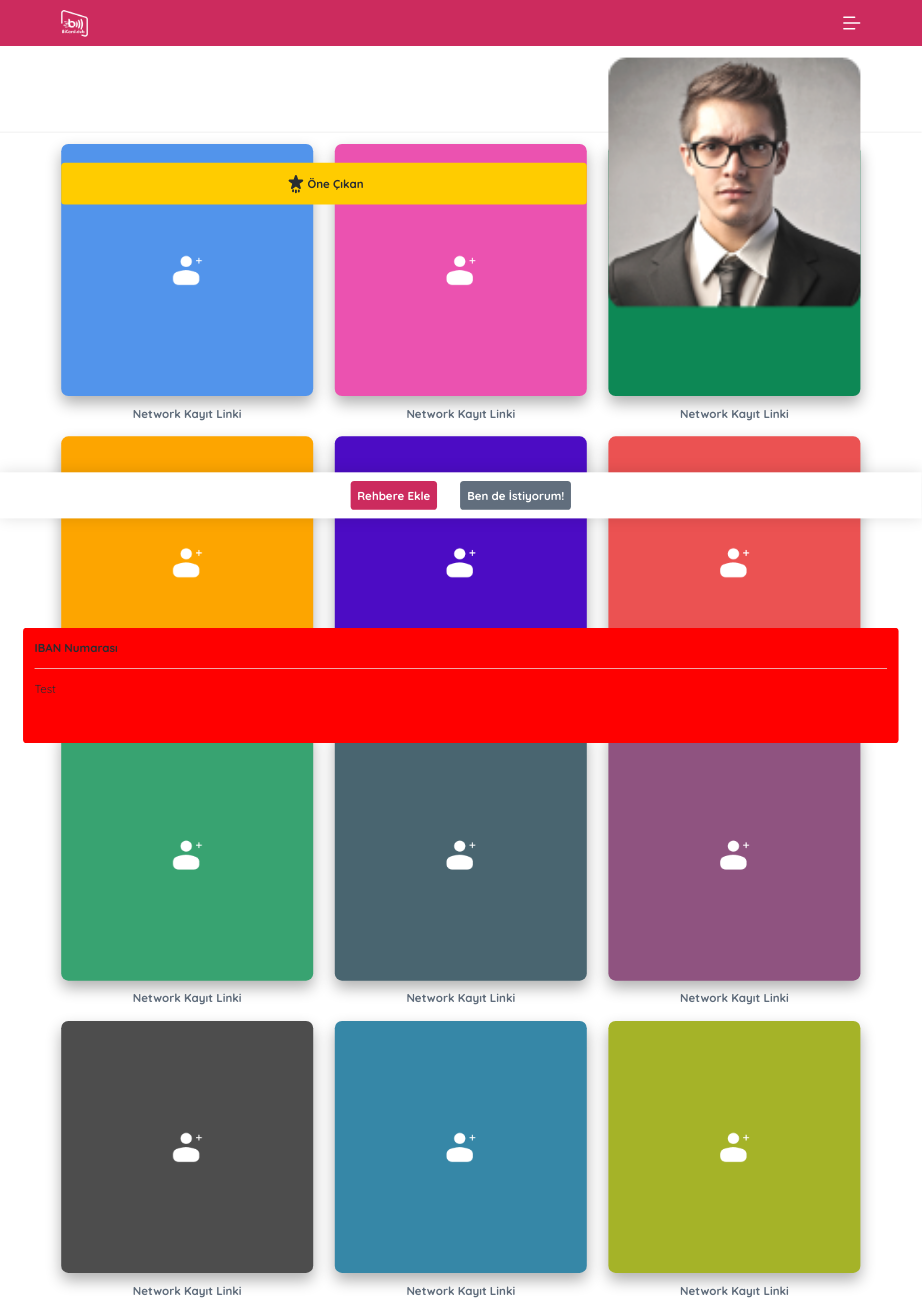
Repository: KayahanKahriman/bicard
Page: form.html
The author's editor kept a copy of each file at every save. The page is drawn from the files as they stood at one save, then again after the next save.
The browser window is 1280 px wide. The pictures show the whole page, at 72% of full size.
The style sheet was rebuilt from its Sass, Less or Tailwind sources for each picture, by a compiler version that may differ from the author's.

Above is the page before, as saved 2021-12-02 11:03:16.

### form.html
<!doctype html>
<html>

<head>
    <meta name="viewport" content="width=device-width, initial-scale=1, maximum-scale=1, user-scalable=no">
    <meta charset="utf-8" />
    <title>Title</title>
    <link rel="preconnect" href="https://fonts.googleapis.com">
    <link rel="preconnect" href="https://fonts.gstatic.com" crossorigin>
    <link href="https://fonts.googleapis.com/css2?family=Quicksand:wght@400;500;700&display=swap" rel="stylesheet">
    <link href="./assets/css/style.css" type="text/css" rel="stylesheet" />
</head>

<body>
    <header id="app-bar">
        <div class="container h-100">
            <div class="row h-100 align-items-center justify-content-between">
                <div class="col-1">
                    <img src="./assets/images/logo.png" alt="">
                </div>
                <div class="col-11 d-flex justify-content-end">
                    <div id="app-bar-right">
                        <div id="toggle-nav">
                            <span></span>
                            <span></span>
                            <span></span>
                        </div>
                    </div>
                </div>
            </div>
        </div>
    </header>

    <section id="profile" class="py-3">
        <div class="container">
            <div class="row align-items-center justify-content-center text-center">
                <div class="col-8">
                    <a href="#" class="button jumbo-button button-has-icon"><img src="./assets/images/ranking.svg" alt="">Öne Çıkan</a>
                </div>
                <div class="col-4">
                    <img class="img-contain" src="./assets/images/avatar.png" alt="">
                </div>
            </div>
        </div>
    </section>

    <section id="icon-grid" class="py-3">
        <div class="container">
            <div class="row">
                <div class="col-4 mb-4">
                    <div class="icon-grid-item">
                        <div class="icon-grid-item-icon" style="background-color: #5294eb;">
                            <a data-fancybox href="#test">
                                <img src="./assets/images/user-add.png" alt="">
                            </a>
                        </div>
                        <div class="icon-grid-item-title">
                            Network Kayıt Linki
                        </div>
                    </div>
                </div>
                <div class="col-4 mb-4">
                    <div class="icon-grid-item">
                        <div class="icon-grid-item-icon" style="background-color: #eb52b0;">
                            <a href="#">
                                <img src="./assets/images/user-add.png" alt="">
                            </a>
                        </div>
                        <div class="icon-grid-item-title">
                            Network Kayıt Linki
                        </div>
                    </div>
                </div>
                <div class="col-4 mb-4">
                    <div class="icon-grid-item">
                        <div class="icon-grid-item-icon" style="background-color: #0d8855;">
                            <a href="#">
                                <img src="./assets/images/user-add.png" alt="">
                            </a>
                        </div>
                        <div class="icon-grid-item-title">
                            Network Kayıt Linki
                        </div>
                    </div>
                </div>
                <div class="col-4 mb-4">
                    <div class="icon-grid-item">
                        <div class="icon-grid-item-icon" style="background-color: #fda500;">
                            <a href="#">
                                <img src="./assets/images/user-add.png" alt="">
                            </a>
                        </div>
                        <div class="icon-grid-item-title">
                            Network Kayıt Linki
                        </div>
                    </div>
                </div>
                <div class="col-4 mb-4">
                    <div class="icon-grid-item">
                        <div class="icon-grid-item-icon" style="background-color: #4c0cc4;">
                            <a href="#">
                                <img src="./assets/images/user-add.png" alt="">
                            </a>
                        </div>
                        <div class="icon-grid-item-title">
                            Network Kayıt Linki
                        </div>
                    </div>
                </div>
                <div class="col-4 mb-4">
                    <div class="icon-grid-item">
                        <div class="icon-grid-item-icon" style="background-color: #eb5252;">
                            <a href="#">
                                <img src="./assets/images/user-add.png" alt="">
                            </a>
                        </div>
                        <div class="icon-grid-item-title">
                            Network Kayıt Linki
                        </div>
                    </div>
                </div>
                <div class="col-4 mb-4">
                    <div class="icon-grid-item">
                        <div class="icon-grid-item-icon" style="background-color: #38a371;">
                            <a href="#">
                                <img src="./assets/images/user-add.png" alt="">
                            </a>
                        </div>
                        <div class="icon-grid-item-title">
                            Network Kayıt Linki
                        </div>
                    </div>
                </div>
                <div class="col-4 mb-4">
                    <div class="icon-grid-item">
                        <div class="icon-grid-item-icon" style="background-color: #496570;">
                            <a href="#">
                                <img src="./assets/images/user-add.png" alt="">
                            </a>
                        </div>
                        <div class="icon-grid-item-title">
                            Network Kayıt Linki
                        </div>
                    </div>
                </div>
                <div class="col-4 mb-4">
                    <div class="icon-grid-item">
                        <div class="icon-grid-item-icon" style="background-color: #8f5380;">
                            <a href="#">
                                <img src="./assets/images/user-add.png" alt="">
                            </a>
                        </div>
                        <div class="icon-grid-item-title">
                            Network Kayıt Linki
                        </div>
                    </div>
                </div>
                <div class="col-4 mb-4">
                    <div class="icon-grid-item">
                        <div class="icon-grid-item-icon" style="background-color: #4d4d4d;">
                            <a href="#">
                                <img src="./assets/images/user-add.png" alt="">
                            </a>
                        </div>
                        <div class="icon-grid-item-title">
                            Network Kayıt Linki
                        </div>
                    </div>
                </div>
                <div class="col-4 mb-4">
                    <div class="icon-grid-item">
                        <div class="icon-grid-item-icon" style="background-color: #3687a7;">
                            <a href="#">
                                <img src="./assets/images/user-add.png" alt="">
                            </a>
                        </div>
                        <div class="icon-grid-item-title">
                            Network Kayıt Linki
                        </div>
                    </div>
                </div>
                <div class="col-4 mb-4">
                    <div class="icon-grid-item">
                        <div class="icon-grid-item-icon" style="background-color: #a5b328;">
                            <a href="#">
                                <img src="./assets/images/user-add.png" alt="">
                            </a>
                        </div>
                        <div class="icon-grid-item-title">
                            Network Kayıt Linki
                        </div>
                    </div>
                </div>
            </div>
        </div>
    </section>

    <section id="fixed-buttons">
        <a class="button primary-button" href="#">Rehbere Ekle</a>
        <a class="button dark-button" href="#">Ben de İstiyorum!</a>
    </section>

    <section id="inline-content" class="hide-content">
        <div id="modal-title">
            <strong>IBAN Numarası</strong>
        </div>
        <div id="modal-content">
            Test
        </div>
    </section>

    <script src="https://unpkg.com/swiper/swiper-bundle.min.js"></script>
    <script type="text/javascript" src="assets/js/index.js"></script>
</body>

</html>

### assets/scss/flex-grid/_flexgrid.scss
@import "functions";
@import "variables";
@import "mixins";
@import "reboot";
@import "utilities";
@import "grid";

### assets/scss/flex-grid/_mixins.scss
// Toggles
//
// Used in conjunction with global variables to enable certain theme features.

// Vendor
@import "vendor/rfs";


// Utilities
@import "mixins/breakpoints";
@import "mixins/image";
@import "mixins/hover";
@import "mixins/deprecate";
@import "mixins/text-hide";
@import "mixins/text-truncate";
@import "mixins/text-emphasis";
@import "mixins/size";


// // Layout
@import "mixins/clearfix";
@import "mixins/grid-framework";
@import "mixins/grid";
@import "mixins/float";

### assets/scss/flex-grid/mixins/_image.scss
// Image Mixins
// - Responsive image
// - Retina image


// Responsive image
//
// Keep images from scaling beyond the width of their parents.

@mixin img-fluid {
  // Part 1: Set a maximum relative to the parent
  max-width: 100%;
  // Part 2: Override the height to auto, otherwise images will be stretched
  // when setting a width and height attribute on the img element.
  height: auto;
}


// Retina image
//
// Short retina mixin for setting background-image and -size.

@mixin img-retina($file-1x, $file-2x, $width-1x, $height-1x) {
  background-image: url($file-1x);

  // Autoprefixer takes care of adding -webkit-min-device-pixel-ratio and -o-min-device-pixel-ratio,
  // but doesn't convert dppx=>dpi.
  // There's no such thing as unprefixed min-device-pixel-ratio since it's nonstandard.
  // Compatibility info: https://caniuse.com/#feat=css-media-resolution
  @media only screen and (min-resolution: 192dpi), // IE9-11 don't support dppx
    only screen and (min-resolution: 2dppx) { // Standardized
    background-image: url($file-2x);
    background-size: $width-1x $height-1x;
  }
  @include deprecate("`img-retina()`", "v4.3.0", "v5");
}

### assets/scss/flex-grid/mixins/_hover.scss
// Hover mixin and `$enable-hover-media-query` are deprecated.
//
// Originally added during our alphas and maintained during betas, this mixin was
// designed to prevent `:hover` stickiness on iOS-an issue where hover styles
// would persist after initial touch.
//
// For backward compatibility, we've kept these mixins and updated them to
// always return their regular pseudo-classes instead of a shimmed media query.
//
// Issue: https://github.com/twbs/bootstrap/issues/25195

@mixin hover {
  &:hover { @content; }
}

@mixin hover-focus {
  &:hover,
  &:focus {
    @content;
  }
}

@mixin plain-hover-focus {
  &,
  &:hover,
  &:focus {
    @content;
  }
}

@mixin hover-focus-active {
  &:hover,
  &:focus,
  &:active {
    @content;
  }
}

### assets/scss/flex-grid/mixins/_grid-framework.scss
// Framework grid generation
//
// Used only by Bootstrap to generate the correct number of grid classes given
// any value of `$grid-columns`.

@mixin make-grid-columns($columns: $grid-columns, $gutter: $grid-gutter-width, $breakpoints: $grid-breakpoints) {
  // Common properties for all breakpoints
  %grid-column {
    position: relative;
    width: 100%;
    padding-right: $gutter / 2;
    padding-left: $gutter / 2;
  }

  @each $breakpoint in map-keys($breakpoints) {
    $infix: breakpoint-infix($breakpoint, $breakpoints);

    // Allow columns to stretch full width below their breakpoints
    @for $i from 1 through $columns {
      .col#{$infix}-#{$i} {
        @extend %grid-column;
      }
    }
    .col#{$infix},
    .col#{$infix}-auto {
      @extend %grid-column;
    }

    @include media-breakpoint-up($breakpoint, $breakpoints) {
      // Provide basic `.col-{bp}` classes for equal-width flexbox columns
      .col#{$infix} {
        flex-basis: 0;
        flex-grow: 1;
        max-width: 100%;
      }
      .col#{$infix}-auto {
        flex: 0 0 auto;
        width: auto;
        max-width: 100%; // Reset earlier grid tiers
      }

      @for $i from 1 through $columns {
        .col#{$infix}-#{$i} {
          @include make-col($i, $columns);
        }
      }

      .order#{$infix}-first { order: -1; }

      .order#{$infix}-last { order: $columns + 1; }

      @for $i from 0 through $columns {
        .order#{$infix}-#{$i} { order: $i; }
      }

      // `$columns - 1` because offsetting by the width of an entire row isn't possible
      @for $i from 0 through ($columns - 1) {
        @if not ($infix == "" and $i == 0) { // Avoid emitting useless .offset-0
          .offset#{$infix}-#{$i} {
            @include make-col-offset($i, $columns);
          }
        }
      }
    }
  }
}

### assets/scss/flex-grid/mixins/_grid.scss
/// Grid system
//
// Generate semantic grid columns with these mixins.

@mixin make-container($gutter: $grid-gutter-width) {
  width: 100%;
  padding-right: $gutter / 2;
  padding-left: $gutter / 2;
  margin-right: auto;
  margin-left: auto;
}


// For each breakpoint, define the maximum width of the container in a media query
@mixin make-container-max-widths($max-widths: $container-max-widths, $breakpoints: $grid-breakpoints) {
  @each $breakpoint, $container-max-width in $max-widths {
    @include media-breakpoint-up($breakpoint, $breakpoints) {
      max-width: $container-max-width;
    }
  }
}

@mixin make-row($gutter: $grid-gutter-width) {
  display: flex;
  flex-wrap: wrap;
  margin-right: -$gutter / 2;
  margin-left: -$gutter / 2;
}

@mixin make-col-ready($gutter: $grid-gutter-width) {
  position: relative;
  // Prevent columns from becoming too narrow when at smaller grid tiers by
  // always setting `width: 100%;`. This works because we use `flex` values
  // later on to override this initial width.
  width: 100%;
  padding-right: $gutter / 2;
  padding-left: $gutter / 2;
}

@mixin make-col($size, $columns: $grid-columns) {
  flex: 0 0 percentage($size / $columns);
  // Add a `max-width` to ensure content within each column does not blow out
  // the width of the column. Applies to IE10+ and Firefox. Chrome and Safari
  // do not appear to require this.
  max-width: percentage($size / $columns);
}

@mixin make-col-offset($size, $columns: $grid-columns) {
  $num: $size / $columns;
  margin-left: if($num == 0, 0, percentage($num));
}

### assets/scss/flex-grid/_utilities.scss
@import "utilities/align";
@import "utilities/clearfix";
@import "utilities/display";
@import "utilities/flex";
@import "utilities/float";
@import "utilities/position";
@import "utilities/text";
@import "utilities/spacing";
@import "utilities/sizing";

### assets/scss/flex-grid/_grid.scss
// Container widths
//
// Set the container width, and override it for fixed navbars in media queries.

@if $enable-grid-classes {
  .container {
    @include make-container();
    @include make-container-max-widths();
  }
}

// Fluid container
//
// Utilizes the mixin meant for fixed width containers, but with 100% width for
// fluid, full width layouts.

@if $enable-grid-classes {
  .container-fluid {
    @include make-container();
  }
}

// Row
//
// Rows contain and clear the floats of your columns.

@if $enable-grid-classes {
  .row {
    @include make-row();
  }

  // Remove the negative margin from default .row, then the horizontal padding
  // from all immediate children columns (to prevent runaway style inheritance).
  .no-gutters {
    margin-right: 0;
    margin-left: 0;

    > .col,
    > [class*="col-"] {
      padding-right: 0;
      padding-left: 0;
    }
  }
}

// Columns
//
// Common styles for small and large grid columns

@if $enable-grid-classes {
  @include make-grid-columns();
}

### assets/scss/_vars.scss
:root {
  // Fonts
  --quicksand: "Quicksand", sans-serif;
  --primary-font: var(--quicksand);

  // Colors
  --primary-color: #cc2b5e;
  --darker-primary-color: #b12451;
  --secondary-color: #ffcc00;
  --darker-secondary-color: #d4aa00;
  --text-color: #292d32;
  --link-color: #292d32;
  --alt-text-color: #616e7d;
  --border-color: #eaeaea;
  --dark-color: #616e7d;

  // Sizes
  --app-bar-height: 4em;
  --profile-height: 7.5em;
  --fixed-buttons-height: 4em;
}

Loaded but not shown: assets/scss/flex-grid/vendor/_rfs.scss (common file); assets/scss/flex-grid/mixins/_deprecate.scss (common file); assets/scss/flex-grid/mixins/_text-hide.scss (common file); assets/scss/flex-grid/mixins/_text-truncate.scss (common file); assets/scss/flex-grid/mixins/_text-emphasis.scss (common file); assets/scss/flex-grid/mixins/_size.scss (common file); assets/scss/flex-grid/mixins/_clearfix.scss (common file); assets/scss/flex-grid/mixins/_float.scss (common file); assets/scss/flex-grid/utilities/_align.scss (common file); assets/scss/flex-grid/utilities/_clearfix.scss (common file); assets/scss/flex-grid/utilities/_display.scss (common file); assets/scss/flex-grid/utilities/_float.scss (common file); assets/scss/flex-grid/utilities/_position.scss (common file); assets/scss/flex-grid/utilities/_sizing.scss (common file); assets/js/index.js (31 lines, source omitted); assets/scss/flex-grid/_variables.scss (1123 lines, source omitted); assets/scss/flex-grid/_reboot.scss (483 lines, source omitted); assets/scss/flex-grid/mixins/_breakpoints.scss (123 lines, source omitted); assets/scss/_main.scss (181 lines, source omitted); assets/scss/flex-grid/utilities/_flex.scss (51 lines, source omitted); assets/scss/flex-grid/_functions.scss (86 lines, source omitted); assets/scss/flex-grid/utilities/_spacing.scss (73 lines, source omitted); assets/scss/flex-grid/utilities/_text.scss (72 lines, source omitted); assets/scss/style.scss (110 lines, source omitted)

After the next save:
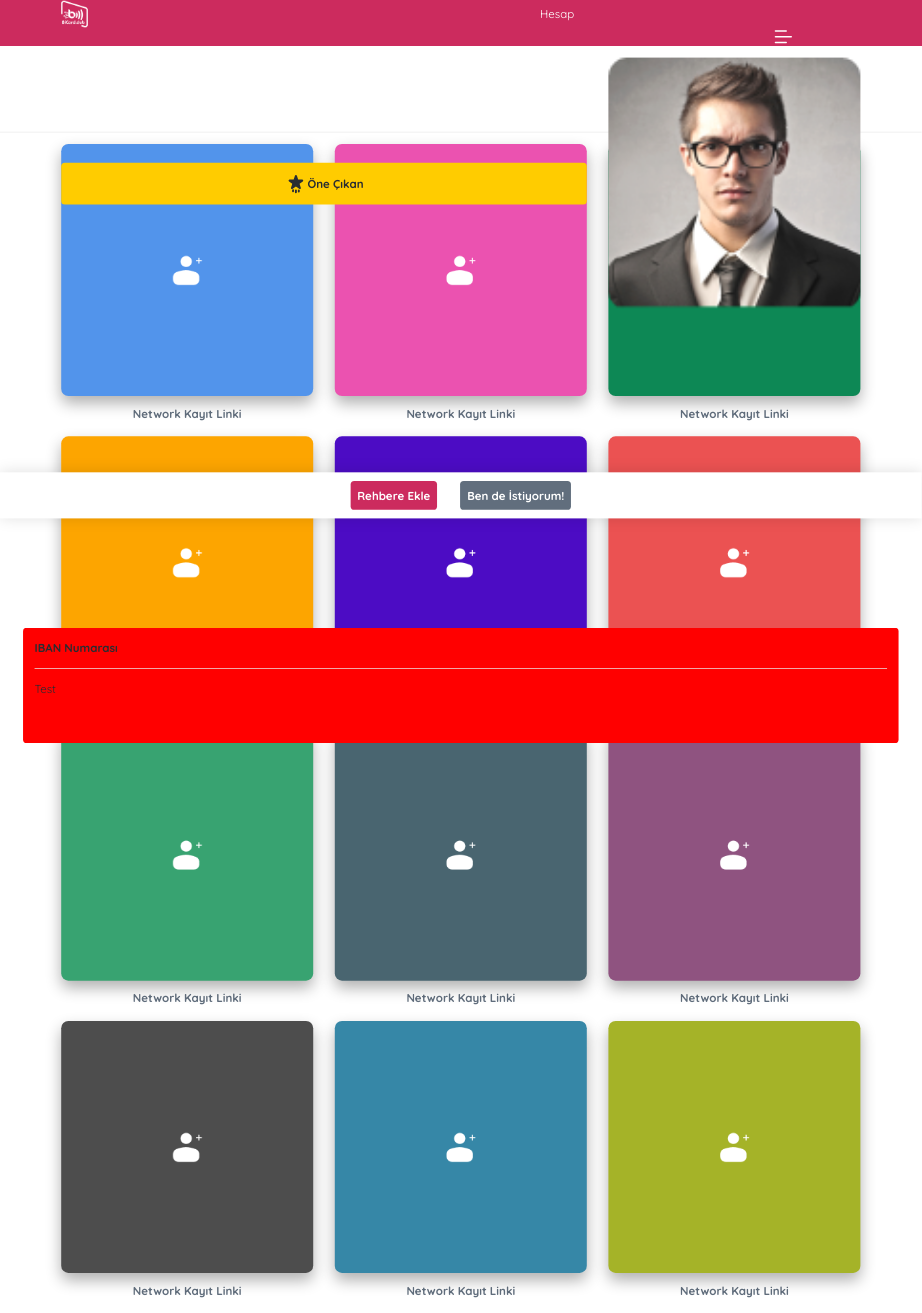
Saved 73 s later.
--- a/form.html
+++ b/form.html
@@ -18,6 +18,7 @@
                 <div class="col-1">
                     <img src="./assets/images/logo.png" alt="">
                 </div>
+                <div class="col-5">Hesap</div>
                 <div class="col-11 d-flex justify-content-end">
                     <div id="app-bar-right">
                         <div id="toggle-nav">

After the save that followed:
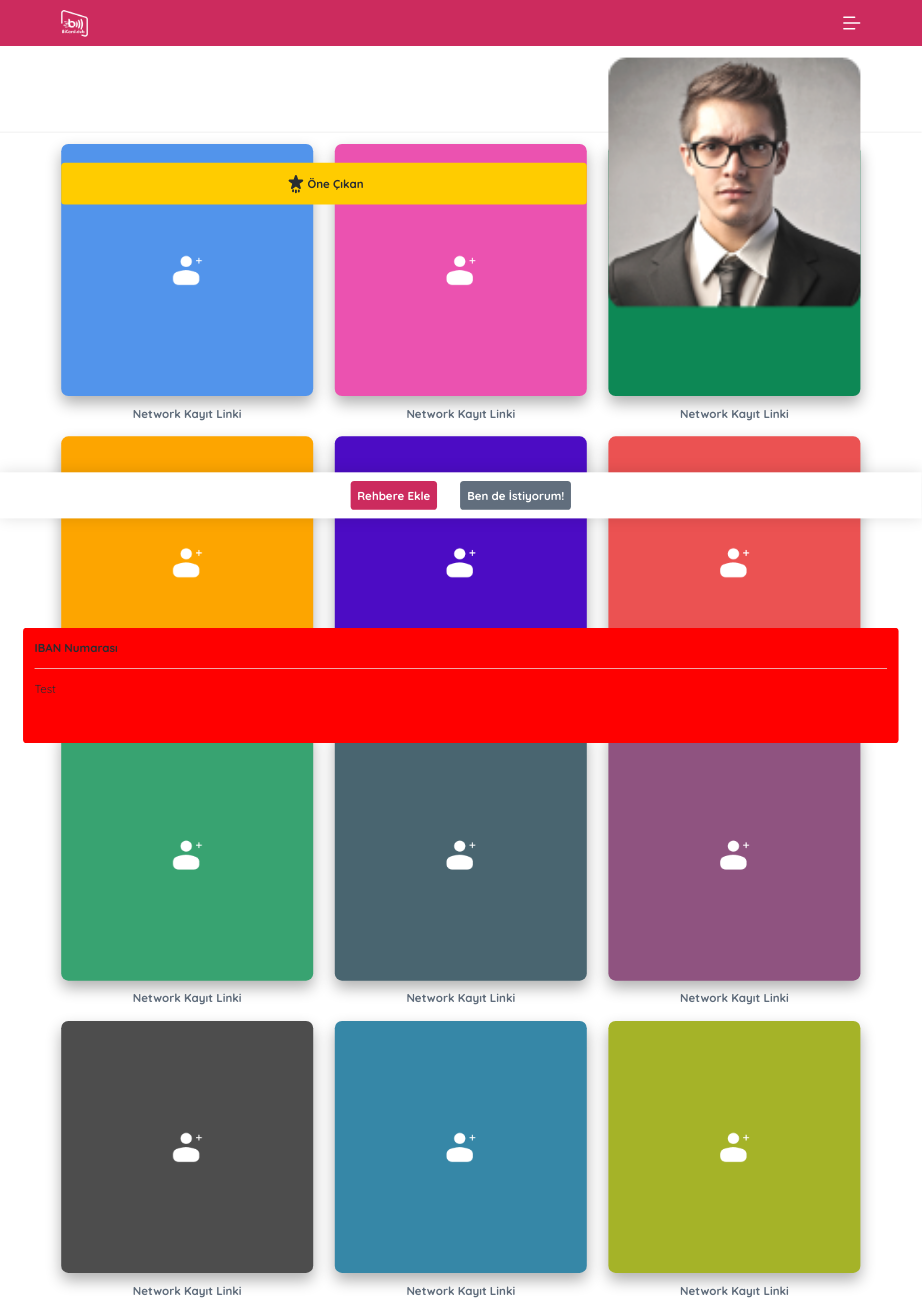
Saved 32 s later.
--- a/form.html
+++ b/form.html
@@ -18,8 +18,8 @@
                 <div class="col-1">
                     <img src="./assets/images/logo.png" alt="">
                 </div>
-                <div class="col-5">Hesap</div>
-                <div class="col-11 d-flex justify-content-end">
+                <div class="col-5"><strong></strong></div>
+                <div class="col-6 d-flex justify-content-end">
                     <div id="app-bar-right">
                         <div id="toggle-nav">
                             <span></span>
